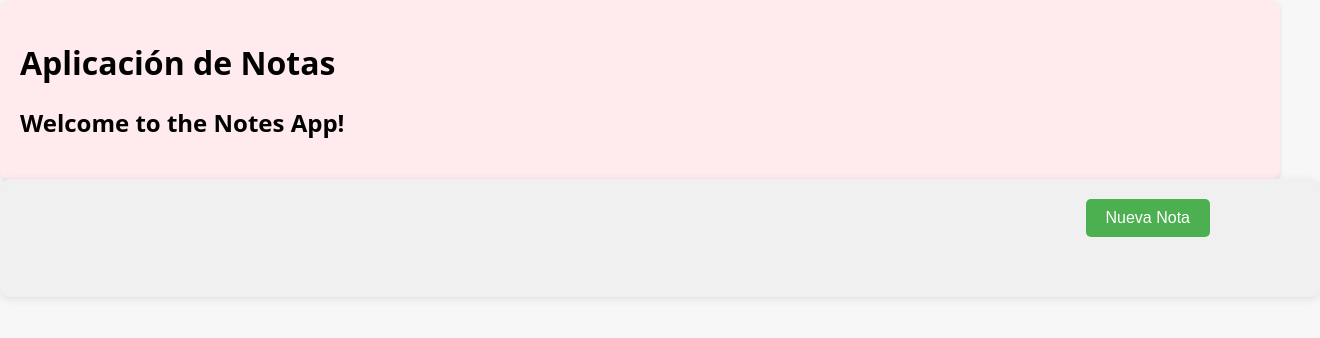
Repository: xunxuno/aplicacion_web_notas
Page: / (app in notas_web_app/)
These files come from the project's save history. The page is drawn as it stood at one moment and after the next save; the edit follows.
The browser window is 1280 px wide. The page is 1320 px wide, so the pictures cover 1320 px, including what lies to the right of the window. The pictures show the whole page.
The project was rebuilt for these pictures with package versions that can differ from the ones it lists, and the page was loaded fresh each time. Also part of the build but not shown: notas_web_app/vite.config.ts, notas_web_app/src/components/Note.tsx, notas_web_app/src/components/NoteCollection.tsx, notas_web_app/src/components/NoteModal.tsx.

Above is the page before, as saved 2024-10-02 16:06:18.

After the next save:
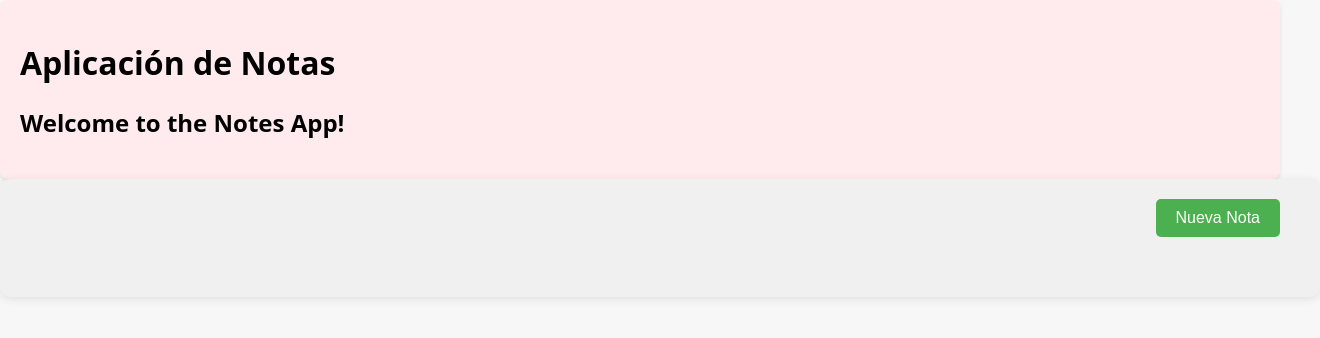
Saved 16 s later.
--- a/notas_web_app/src/styles.css
+++ b/notas_web_app/src/styles.css
@@ -51,5 +51,4 @@ body {
   display: flex; /* Usar flexbox para alinear los elementos */
   justify-content: flex-end; /* Alinear los elementos al final (derecha) */
   margin-bottom: 20px; /* Margen inferior para separar del siguiente elemento */
-  margin-right: 70px; /* Espacio a la derecha para alejar del borde */
 }
